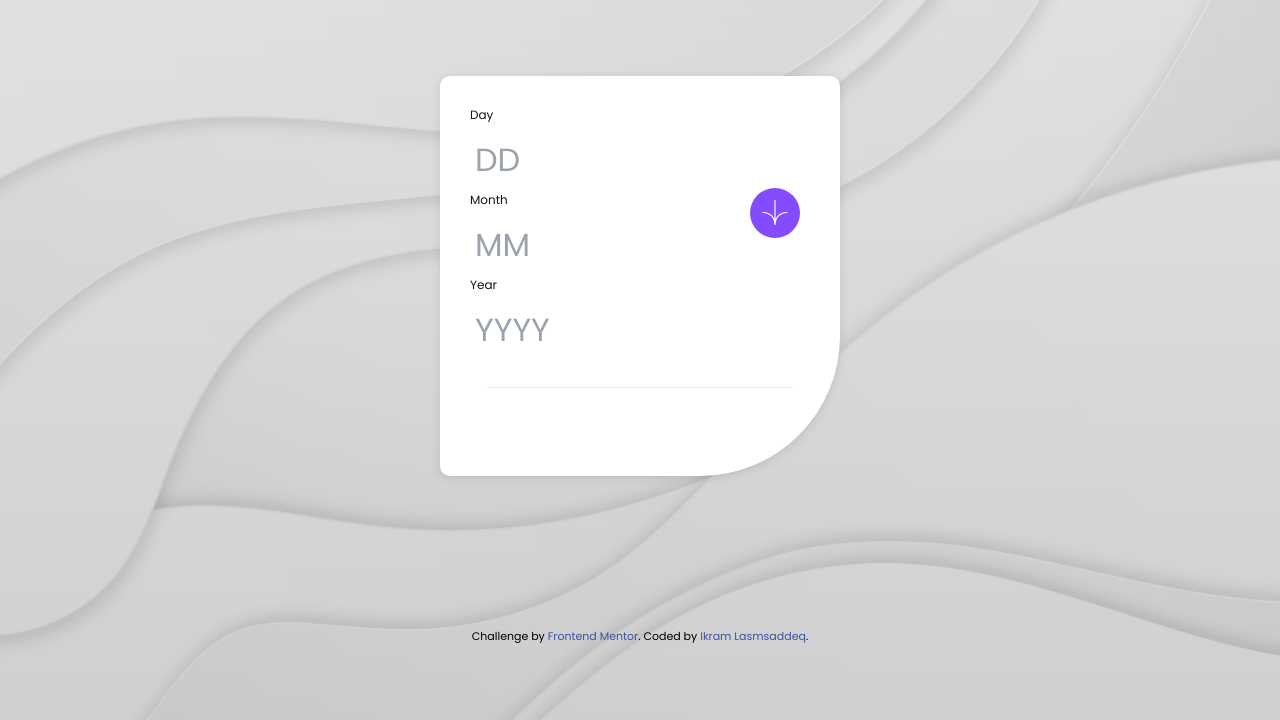
Repository: ikram-lisa/age-display
Page: /
These files come from the project's save history. The page is drawn as it stood at one moment and after the next save; the edit follows.
The browser window is 1280 px wide. The pictures show the whole page.
Some web libraries are served in a nearby version. The project was rebuilt for these pictures with package versions that can differ from the ones it lists, and the page was loaded fresh each time.

Above is the page before, as saved 2024-05-01 00:27:50.

After the next save:
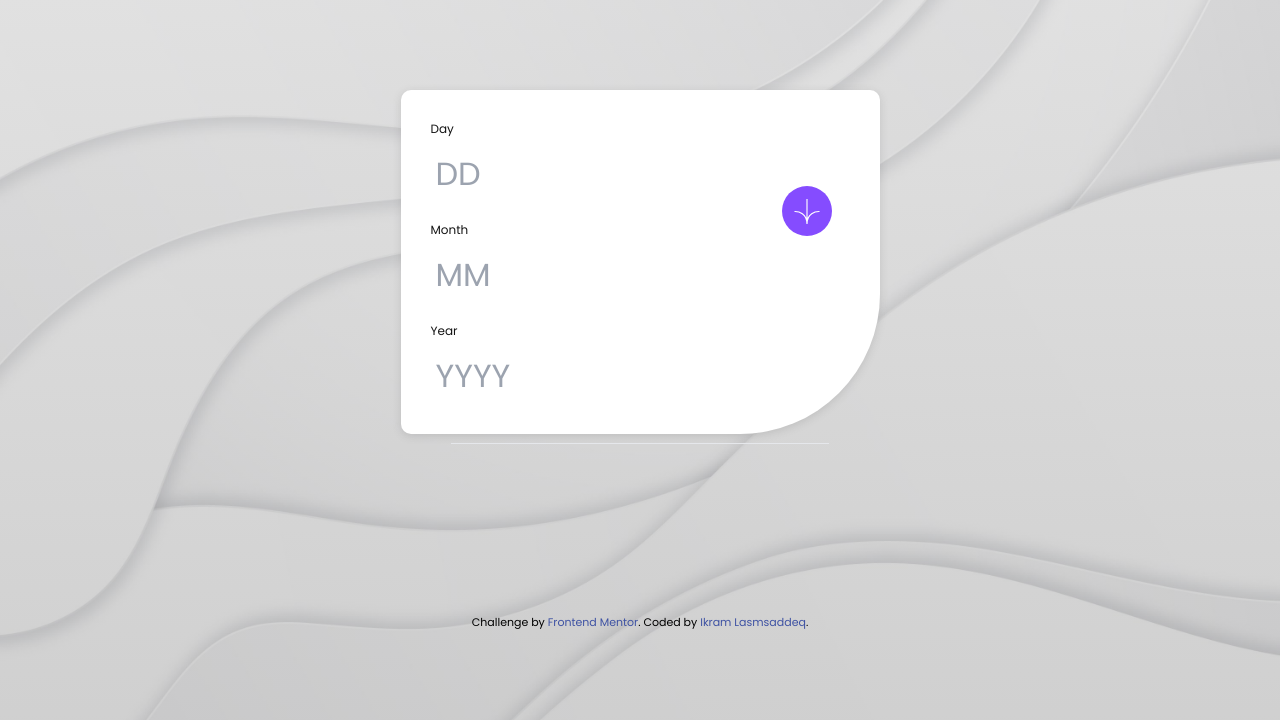
Saved 6 min 8 s later.
--- a/css/style.scss
+++ b/css/style.scss
@@ -26,9 +26,9 @@ body {
   place-items: center;
 }
 .calculator {
-  width: 30%;
-  min-width: 400px;
-  height: 400px;
+  width: 35%;
+  min-width: 479px;
+  height: 344px;
   background-color: white;
   border-radius: 10px 10px 140px 10px;
   box-shadow: rgba(99, 99, 99, 0.2) 0px 2px 8px 0px;
@@ -39,8 +39,8 @@ body {
   .form {
     display: flex;
     flex-wrap: wrap;
-    justify-content: space-between;
-    margin-bottom: 20px;
+    margin-bottom: 30px;
+    gap: 16px;
     .formInput {
       display: flex;
       flex-direction: column;
